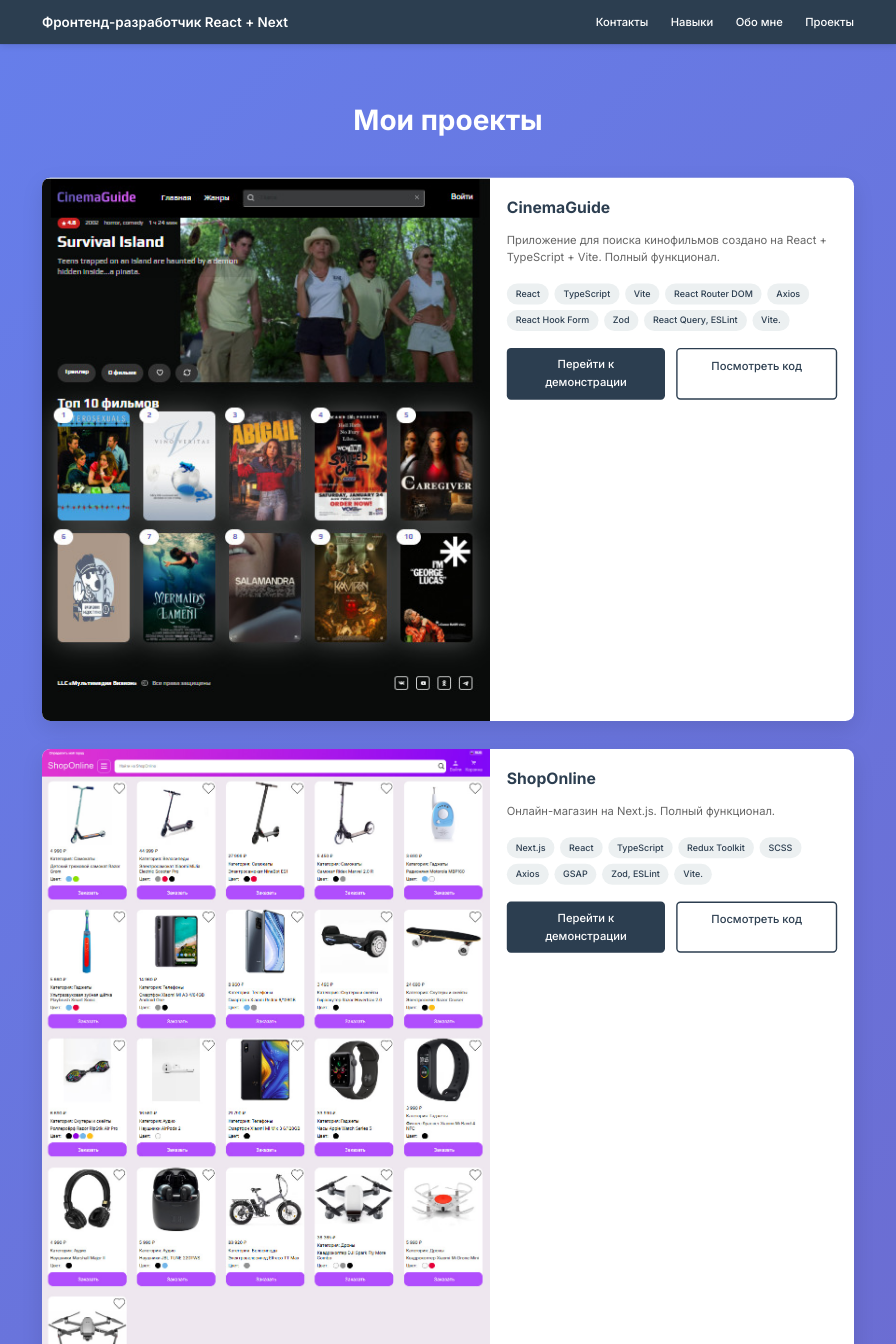
Repository: RostislavZeberg/resume-app
Page: /
The author's editor kept a copy of each file at every save. The page is drawn from the files as they stood at one save, then again after the next save.
The browser window is 1280 px wide. The pictures show the part of the page from y = 0 to 1920 px (the page is 10922 px tall before and 10209 px after), at 70% of full size.
The project was rebuilt for these pictures with package versions that can differ from the ones it lists, and the page was loaded fresh each time. The framework's server and built-in components were replaced by stand-ins that run in the browser. Also part of the build but not shown: next.config.ts.

Above is the page before, as saved 2025-09-21 15:10:40.

### pages/_app.tsx
import type { AppProps } from 'next/app';
import '../styles/globals.scss';
import Head from 'next/head';

function MyApp({ Component, pageProps }: AppProps) {
  return (
    <>
      <Head>
        <meta name="viewport" content="width=device-width, initial-scale=1" />
        <meta name="theme-color" content="#2c3e50" />
        <meta name="description" content="Резюме фронтенд-разработчика React с 5+ годами опыта. Специализация: React, TypeScript, Next.js, Redux Toolkit." />
        <meta name="keywords" content="React, TypeScript, Next.js, фронтенд-разработчик, резюме" />
        <meta property="og:title" content="Фронтенд-разработчик React" />
        <meta property="og:description" content="Резюме фронтенд-разработчика React с 5+ годами опыта" />
        <meta property="og:type" content="website" />
        <link rel="icon" href="/favicon.ico" />
      </Head>
      <Component {...pageProps} />
    </>
  );
}

export default MyApp;

### pages/_document.tsx
import { Html, Head, Main, NextScript } from 'next/document';

export default function Document() {
  return (
    <Html lang="ru">
      <Head>
        <link rel="preconnect" href="https://fonts.googleapis.com" />
        <link rel="preconnect" href="https://fonts.gstatic.com" crossOrigin="anonymous" />
        <link href="https://fonts.googleapis.com/css2?family=Inter:wght@300;400;500;600;700&display=swap" rel="stylesheet" />

        {/* Фавикон */}
        <link rel="icon" href="/favicon.ico" sizes="any" />
        <link rel="icon" href="/favicon.svg" type="image/svg+xml" />
        <link rel="apple-touch-icon" href="/apple-touch-icon.png" />
        <link rel="manifest" href="/manifest.webmanifest" />

        {/* Мета-теги */}
        <meta name="theme-color" content="#2c3e50" />
        <meta name="description" content="Резюме фронтенд-разработчика React с 5+ годами опыта. Специализация: React, TypeScript, Next.js, Redux Toolkit." />
        <meta name="keywords" content="React, TypeScript, Next.js, фронтенд-разработчик, резюме" />
      </Head>
      <body>
        <Main />
        <NextScript />
      </body>
    </Html>
  );
}

### pages/index.tsx
import Head from 'next/head';
import { NextPage } from 'next';
import Contacts from '../components/Sections/Contacts';
import Skills from '../components/Sections/Skills';
import About from '../components/Sections/About';
import Projects from '../components/Sections/Projects';
import Header from '../components/Layout/Header';

const Home: NextPage = () => {
  return (
    <>
      <Head>
        <title>Фронтенд-разработчик React | Резюме</title>
        <meta name="description" content="Резюме фронтенд-разработчика React с 5+ годами опыта. Специализация: React, TypeScript, Next.js, Redux Toolkit." />
        <meta name="keywords" content="React, TypeScript, Next.js, фронтенд-разработчик, резюме" />
        <meta property="og:title" content="Фронтенд-разработчик React" />
        <meta property="og:description" content="Резюме фронтенд-разработчика React с 5+ годами опыта" />
        <meta property="og:type" content="website" />
        <link rel="icon" href="/favicon.ico" />
      </Head>

      <Header />
      <main>
        <Projects />
        <Skills />
        <About />
        <Contacts />
      </main>
    </>
  );
};

export default Home;

### styles/globals.scss
// Переменные и миксины
@import './variables.scss';
@import './mixins';

// Глобальные стили
* {
  box-sizing: border-box;
  margin: 0;
  padding: 0;
}

html {
  scroll-behavior: smooth;
  scroll-padding-top: 60px;
}

body {
  font-family: 'Inter', 'Arial', sans-serif;
  line-height: 1.6;
  color: $text-color;
  background-color: $background-color;
  padding-top: 60px;
}

.container {
  max-width: 1200px;
  margin: 0 auto;
  padding: 0 20px;
}

section {
  padding: 80px 0;

  h2 {
    text-align: center;
    margin-bottom: 50px;
    font-size: 2.5rem;
    color: $primary-color;
  }
}

// Анимации
@keyframes fadeIn {
  from {
    opacity: 0;
    transform: translateY(20px);
  }
  to {
    opacity: 1;
    transform: translateY(0);
  }
}

.fade-in {
  animation: fadeIn 0.6s ease forwards;
}

// Адаптивность
@include desktop {
  .container {
    max-width: 1200px;
  }
}

@include tablet {
  .container {
    max-width: 100%;
    padding: 0 15px;
  }

  section {
    padding: 60px 0;

    h2 {
      font-size: 2rem;
      margin-bottom: 40px;
    }
  }
}

@include mobile {
  .container {
    padding: 0 10px;
  }

  section {
    padding: 40px 0;

    h2 {
      font-size: 1.8rem;
      margin-bottom: 30px;
    }
  }
}

### components/Sections/Contacts.tsx
import React from 'react';
import Icon from '../UI/Icon';
import styles from '../../styles/sections/contacts.module.scss';
import { contacts } from '@/info/contacts';

const Contacts: React.FC = () => {

  return (
    <section id="contacts" className={styles.contacts}>
      <div className="container">
        <h2>Контакты</h2>
        <div className={styles.contactsGrid}>
          {contacts.map((contact, index) => (
            <a
              key={index}
              href={contact.href}
              className={styles.contactItem}
              target="_blank"
              rel="noopener noreferrer"
            >
              <Icon name={contact.icon} className={styles.contactIcon} />
              <span>{contact.text}</span>
            </a>
          ))}
        </div>
      </div>
    </section>
  );
};

export default Contacts;

### components/Sections/Skills.tsx
import React from 'react';
import styles from '../../styles/sections/skills.module.scss';

const Skills: React.FC = () => {
  const skillCategories = [
    {
      title: 'Основные технологии',
      skills: ['React', 'Redux', 'Redux Toolkit', 'TypeScript', 'Next.js', 'Sass/SCSS']
    },
    {
      title: 'Сборка и инструменты',
      skills: ['Vite', 'Webpack', 'Parcel', 'Gulp', 'Git', 'GitHub']
    },
    {
      title: 'Тестирование',
      skills: ['Unit-тестирование', 'Jest', 'React Testing Library']
    },
    {
      title: 'Дополнительные навыки',
      skills: ['HTTP/REST', 'ООП', 'DRY/KISS', 'WordPress', 'Vue.js', 'SQL', 'Python', 'Docker', 'Linux']
    },
    {
      title: 'Языки',
      skills: ['Английский (B1)']
    }
  ];

  return (
    <section id="skills" className={styles.skills}>
      <div className="container">
        <h2>Мои навыки</h2>
        <div className={styles.skillsGrid}>
          {skillCategories.map((category, index) => (
            <div key={index} className={styles.skillCategory}>
              <h3>{category.title}</h3>
              <ul>
                {category.skills.map((skill, i) => (
                  <li key={i}>{skill}</li>
                ))}
              </ul>
            </div>
          ))}
        </div>
      </div>
    </section>
  );
};

export default Skills;

### components/Sections/About.tsx
import React from 'react';
import styles from '../../styles/sections/about.module.scss';

const About: React.FC = () => {
  return (
    <section id="about" className={styles.about}>
      <div className="container">
        <h2>Обо мне</h2>
        <div className={styles.aboutContent}>
          <p>
            Усидчив и внимателен к деталям, сосредоточен на выполнении задач, не отвлекаясь на внешние раздражители.
            Мой скрупулезный подход к архитектуре кода, его чистоте и читабельности сводит к минимуму возникновение ошибок
            при дальнейшей эксплуатации проектов.
          </p>
          <p>
            Коммуникабелен и открыт для общения с коллегами, что позволяет эффективно обсуждать проекты и находить оптимальные решения.
            Дисциплинированность помогает мне выстраивать свою работу по четкому плану, всегда выполнять задачи качественно и в срок,
            а также быть требовательным к себе.
          </p>
          <p>
            Инициативность является важной частью моей работы: я не боюсь доводить до руководства свои идеи и предложения по решению проблем.
            Обучаем и стремлюсь к постоянному развитию, ведь IT-отрасль динамично меняется, и изучение новых направлений и тенденций
            в программировании – это важная часть моего профессионального роста.
          </p>
          <p>
            Есть желание работать и развиваться в сфере разработки приложений, которая является частью моего восприятия мира.
            Я наслаждаюсь процессом создания кода и когда вижу результаты своей деятельности.
          </p>
          <p>
            К своим сильным сторонам отношу навыки работы в команде, стремление находить максимально эффективные и эстетичные решения,
            а также способность самостоятельно искать ресурсы для решения проблем и повышения профессионального уровня.
          </p>
          <p>
            Рассматриваю проектную деятельность и удаленную работу.
          </p>
        </div>
      </div>
    </section>
  );
};

export default About;

### components/Sections/Projects.tsx
import React from 'react';
import ProjectCard from '../UI/ProjectCard';
import styles from '../../styles/sections/projects.module.scss';
import { projects } from '@/info/projects';

const Projects: React.FC = () => {
  return (
    <section id="projects" className={styles.projects}>
      <div className="container">
        <h2>Мои проекты</h2>
        <div className={styles.projectsGrid}>
          {projects.map((project, index) => (
            <ProjectCard key={index} project={project} />
          ))}
        </div>
        <div className={styles.viewAll}>
          <a
            href="https://github.com/RostislavZeberg?tab=repositories"
            className={styles.viewAllButton}
            target="_blank"
            rel="noopener noreferrer"
          >
            Посмотреть все проекты
          </a>
        </div>
      </div>
    </section>
  );
};

export default Projects;

### components/Layout/Header.tsx
import React, { useState } from 'react';
import Link from 'next/link';
import styles from '../../styles/layout/header.module.scss';

const Header: React.FC = () => {
  const [isMenuOpen, setIsMenuOpen] = useState(false);

  const toggleMenu = () => {
    setIsMenuOpen(!isMenuOpen);
  };

  return (
    <header className={styles.header}>
      <div className="container">
        <nav className={styles.nav}>
          <div className={styles.logo}>
            <Link href="/">Фронтенд-разработчик React + Next</Link>
          </div>

          <button
            className={`${styles.menuToggle} ${isMenuOpen ? styles.active : ''}`}
            onClick={toggleMenu}
            aria-label="Меню"
          >
            <span></span>
            <span></span>
            <span></span>
          </button>

          <ul className={`${styles.navList} ${isMenuOpen ? styles.active : ''}`}>
            <li><a href="#contacts" onClick={() => setIsMenuOpen(false)}>Контакты</a></li>
            <li><a href="#skills" onClick={() => setIsMenuOpen(false)}>Навыки</a></li>
            <li><a href="#about" onClick={() => setIsMenuOpen(false)}>Обо мне</a></li>
            <li><a href="#projects" onClick={() => setIsMenuOpen(false)}>Проекты</a></li>
          </ul>
        </nav>
      </div>
    </header>
  );
};

export default Header;

### styles/variables.scss
// Цвета
$primary-color: #2c3e50;
$secondary-color: #3498db;
$accent-color: #e74c3c;
$background-color: #f9f9f9;
$text-color: #333;
$light-gray: #ecf0f1;

// Breakpoints
$desktop: 1280px;
$tablet: 1024px;
$small-tablet: 768px;
$mobile: 320px;

### styles/mixins.scss
@mixin desktop {
  @media (min-width: #{$desktop}) {
    @content;
  }
}

@mixin tablet {
  @media (min-width: #{$small-tablet}) and (max-width: #{$tablet}) {
    @content;
  }
}

@mixin small-tablet {
  @media (min-width: #{$mobile}) and (max-width: #{$small-tablet - 1px}) {
    @content;
  }
}

@mixin mobile {
  @media (max-width: #{$mobile}) {
    @content;
  }
}

@mixin flex-center {
  display: flex;
  justify-content: center;
  align-items: center;
}

@mixin card-shadow {
  box-shadow: 0 4px 6px rgba(0, 0, 0, 0.1);
  transition: box-shadow 0.3s ease;

  &:hover {
    box-shadow: 0 10px 20px rgba(0, 0, 0, 0.15);
  }
}

### components/UI/Icon.tsx
import React from 'react';
import Image from 'next/image';

interface IconProps {
  name: string;
  className?: string;
  width?: number;
  height?: number;
}

const Icon: React.FC<IconProps> = ({ name, className = '', width = 24, height = 24 }) => {
  return (
    <Image
      src={`/icons/${name}.svg`}
      alt={`${name} icon`}
      width={width}
      height={height}
      className={className}
    />
  );
};

export default Icon;

### styles/sections/contacts.module.scss
@import '../variables';
@import '../mixins';

.contacts {
  background: linear-gradient(135deg, #f5f7fa 0%, #c3cfe2 100%);
  padding: 100px 0;
}

.contactsGrid {
  display: grid;
  grid-template-columns: repeat(auto-fit, minmax(250px, 1fr));
  gap: 2rem;
  margin-top: 3rem;
}

.contactItem {
  display: flex;
  flex-direction: column;
  align-items: center;
  justify-content: center;
  background: white;
  padding: 2rem;
  border-radius: 12px;
  box-shadow: 0 10px 30px rgba(0, 0, 0, 0.1);
  transition: all 0.3s ease;
  text-decoration: none;
  color: $text-color;

  &:hover {
    transform: translateY(-5px);
    box-shadow: 0 15px 40px rgba(0, 0, 0, 0.15);

    .contactIcon {
      transform: scale(1.1);
    }
  }
}

.contactIcon {
  width: 60px;
  height: 60px;
  margin-bottom: 1rem;
  transition: transform 0.3s ease;
}

// Адаптивность
@include tablet {
  .contactsGrid {
    grid-template-columns: repeat(2, 1fr);
    gap: 1.5rem;
  }
}

@include small-tablet {
  .contactsGrid {
    grid-template-columns: 1fr;
    gap: 1rem;
  }

  .contactItem {
    padding: 1.5rem;
  }
}

@include mobile {
  .contacts {
    padding: 80px 0;
  }

  .contactIcon {
    width: 50px;
    height: 50px;
  }
}

### info/contacts.ts
export const contacts = [
  { icon: 'email', text: 'zeberg@bk.ru', href: 'mailto:zeberg@bk.ru' },
  { icon: 'phone', text: '+7(960)-552-4171', href: 'tel:+79605524171' },
  { icon: 'telegram', text: '@zeberg_jaguar', href: 'https://t.me/zeberg_jaguar' },
  { icon: 'github', text: 'GitHub', href: 'https://github.com/RostislavZeberg?tab=repositories' }
];

### styles/sections/skills.module.scss
@import '../variables';
@import '../mixins';

.skills {
  background-color: white;
}

.skillsGrid {
  display: grid;
  grid-template-columns: repeat(auto-fit, minmax(300px, 1fr));
  gap: 2rem;
}

.skillCategory {
  background: $light-gray;
  padding: 2rem;
  border-radius: 12px;
  box-shadow: 0 5px 15px rgba(0, 0, 0, 0.05);

  h3 {
    color: $primary-color;
    margin-bottom: 1.5rem;
    font-size: 1.3rem;
    position: relative;
    padding-bottom: 0.5rem;

    &::after {
      content: '';
      position: absolute;
      bottom: 0;
      left: 0;
      width: 40px;
      height: 3px;
      background: $secondary-color;
    }
  }

  ul {
    list-style: none;
  }

  li {
    margin-bottom: 0.8rem;
    padding-left: 1.5rem;
    position: relative;

    &::before {
      content: '▹';
      position: absolute;
      left: 0;
      color: $secondary-color;
    }
  }
}

// Адаптивность
@include tablet {
  .skillsGrid {
    grid-template-columns: repeat(2, 1fr);
    gap: 1.5rem;
  }
}

@include small-tablet {
  .skillsGrid {
    grid-template-columns: 1fr;
    gap: 1rem;
  }

  .skillCategory {
    padding: 1.5rem;
  }
}

@include mobile {
  .skillCategory {
    padding: 1.2rem;

    h3 {
      font-size: 1.2rem;
    }
  }
}

### styles/sections/about.module.scss
@import '../variables';
@import '../mixins';

.about {
  background-color: $light-gray;
}

.aboutContent {
  max-width: 800px;
  margin: 0 auto;

  p {
    margin-bottom: 1.5rem;
    line-height: 1.8;
    text-align: justify;
  }
}

// Адаптивность
@include tablet {
  .aboutContent {
    padding: 0 1rem;
  }
}

@include mobile {
  .aboutContent p {
    text-align: left;
  }
}

### components/UI/ProjectCard.tsx
import React from 'react';
import Image from 'next/image';
import styles from '../../styles/ui/project-card.module.scss';

interface Project {
  name: string;
  description: string;
  demoLink: string;
  codeLink: string;
  technologies: string[];
}

interface ProjectCardProps {
  project: Project;
}

const ProjectCard: React.FC<ProjectCardProps> = ({ project }) => {
  return (
    <div className={styles.projectCard}>
      {/* <div className={styles.projectImage}>
        <a href={project.demoLink} target="_blank" rel="noopener noreferrer">
        </a>
      </div> */}
      <Image
        src={`/${project.name.toLowerCase()}.jpg`}
        alt={project.name}
        className={styles.projectImage}
        width={400}
        height={250}
        style={{
          width: '100%',
          height: 'auto',
        }}
        placeholder="blur"
        blurDataURL="data:[embedded picture, 471 characters]"
      />
      <div className={styles.projectContent}>
        <h3>{project.name}</h3>
        <p>{project.description}</p>
        <div className={styles.technologies}>
          {project.technologies.map((tech, index) => (
            <span key={index} className={styles.techTag}>{tech}</span>
          ))}
        </div>
        <div className={styles.projectActions}>
          <a
            href={project.demoLink}
            className={styles.demoButton}
            target="_blank"
            rel="noopener noreferrer"
          >
            Перейти к демонстрации
          </a>
          <a
            href={project.codeLink}
            className={styles.codeButton}
            target="_blank"
            rel="noopener noreferrer"
          >
            Посмотреть код
          </a>
        </div>
      </div>
    </div>
  );
};

export default ProjectCard;

### styles/sections/projects.module.scss
@import '../variables';
@import '../mixins';

.projects {
  background: linear-gradient(135deg, #667eea 0%, #764ba2 100%);
  color: white;

  h2 {
    color: white;
  }
}

.projectsGrid {
  display: flex;
  flex-direction: column;
  // display: grid;
  // grid-template-columns: repeat(auto-fit, minmax(350px, 1fr));
  gap: 2.5rem;
  // margin-bottom: 3rem;
}

.viewAll {
  text-align: center;
  margin-top: 3rem;
}

.viewAllButton {
  display: inline-block;
  padding: 1rem 2rem;
  background: white;
  color: $primary-color;
  text-decoration: none;
  border-radius: 30px;
  font-weight: 600;
  transition: all 0.3s ease;
  box-shadow: 0 5px 15px rgba(0, 0, 0, 0.1);

  &:hover {
    transform: translateY(-3px);
    box-shadow: 0 10px 25px rgba(0, 0, 0, 0.2);
    background: $accent-color;
    color: white;
  }
}

// Адаптивность
@include tablet {
  .projectsGrid {
    grid-template-columns: repeat(2, 1fr);
    gap: 2rem;
  }
}

@include small-tablet {
  .projectsGrid {
    grid-template-columns: 1fr;
    gap: 1.5rem;
  }
}

@include mobile {
  .projectsGrid {
    grid-template-columns: 1fr;
    gap: 1.5rem;
  }

  .viewAllButton {
    padding: 0.8rem 1.5rem;
    font-size: 0.9rem;
  }
}

### styles/layout/header.module.scss
@import '../variables';
@import '../mixins';

.header {
  background-color: $primary-color;
  color: white;
  position: fixed;
  top: 0;
  left: 0;
  right: 0;
  z-index: 1000;
  box-shadow: 0 2px 10px rgba(0, 0, 0, 0.1);
}

.nav {
  display: flex;
  justify-content: space-between;
  align-items: center;
  padding: 1rem 0;
}

.logo {
  a {
    color: white;
    text-decoration: none;
    font-weight: 600;
    font-size: 1.2rem;

    &:hover {
      color: $accent-color;
    }
  }
}

.navList {
  display: flex;
  list-style: none;
  gap: 2rem;

  a {
    color: white;
    text-decoration: none;
    font-weight: 500;
    transition: color 0.3s ease;

    &:hover {
      color: $accent-color;
    }
  }
}

.menuToggle {
  display: none;
  flex-direction: column;
  justify-content: space-around;
  width: 2rem;
  height: 2rem;
  background: transparent;
  border: none;
  cursor: pointer;
  padding: 0;

  span {
    width: 2rem;
    height: 0.25rem;
    background: white;
    border-radius: 10px;
    transition: all 0.3s linear;
    position: relative;
    transform-origin: 1px;
  }
}

// Адаптивность
@include tablet {
  .navList {
    gap: 1.5rem;
  }
}

@include small-tablet {
  .menuToggle {
    display: flex;
    z-index: 1001;
  }

  .navList {
    position: fixed;
    top: 0;
    right: 0;
    height: 100vh;
    width: 70%;
    background: $primary-color;
    flex-direction: column;
    justify-content: center;
    align-items: center;
    transform: translateX(100%);
    transition: transform 0.3s ease-in-out;

    &.active {
      transform: translateX(0);
    }
  }

  .menuToggle.active {
    span:nth-child(1) {
      transform: rotate(45deg);
    }

    span:nth-child(2) {
      opacity: 0;
    }

    span:nth-child(3) {
      transform: rotate(-45deg);
    }
  }
}

@include mobile {
  .logo a {
    font-size: 1rem;
  }
}

### styles/ui/project-card.module.scss
@import '../variables';
@import '../mixins';

.projectCard {
  display: flex;
  background: white;
  border-radius: 12px;
  overflow: hidden;
  box-shadow: 0 10px 30px rgba(0, 0, 0, 0.1);
  transition: all 0.3s ease;
  color: $text-color;

  &:hover {
    transform: translateY(-5px);
    box-shadow: 0 15px 40px rgba(0, 0, 0, 0.2);
  }
}

// .projectImage {
//   position: relative;
//   overflow: hidden;
//   height: 200px;

//   // Стили для Next.js Image компонента
//   > div {
//     position: relative !important;
//   }

//   img {
//     transition: transform 0.5s ease;
//   }

//   &:hover img {
//     transform: scale(1.05);
//   }
// }

.projectImage {
  width: auto;
  max-width: 640px;
  height: auto;
}

.projectContent {
  padding: 1.5rem;

  h3 {
    color: $primary-color;
    margin-bottom: 1rem;
    font-size: 1.4rem;
  }

  p {
    margin-bottom: 1.5rem;
    line-height: 1.6;
    color: lighten($text-color, 20%);
  }
}

.technologies {
  display: flex;
  flex-wrap: wrap;
  gap: 0.5rem;
  margin-bottom: 1.5rem;
}

.techTag {
  background: $light-gray;
  color: $primary-color;
  padding: 0.3rem 0.8rem;
  border-radius: 20px;
  font-size: 0.8rem;
  font-weight: 500;
}

.projectActions {
  display: flex;
  gap: 1rem;

  a {
    flex: 1;
    text-align: center;
    padding: 0.7rem 1rem;
    border-radius: 6px;
    text-decoration: none;
    font-weight: 500;
    transition: all 0.3s ease;

    &.demoButton {
      background: $primary-color;
      color: white;

      &:hover {
        background: darken($primary-color, 10%);
      }
    }

    &.codeButton {
      background: transparent;
      color: $primary-color;
      border: 2px solid $primary-color;

      &:hover {
        background: $primary-color;
        color: white;
      }
    }
  }
}

// Адаптивность
@include tablet {
  .projectContent {
    padding: 1.2rem;
  }

  .projectActions {
    flex-direction: column;
    gap: 0.7rem;
  }
}

@include mobile {
  .projectImage {
    height: 180px;
  }

  .projectContent {
    padding: 1rem;

    h3 {
      font-size: 1.2rem;
    }
  }

  .technologies {
    gap: 0.3rem;
  }

  .techTag {
    font-size: 0.7rem;
    padding: 0.2rem 0.6rem;
  }
}

Loaded but not shown: info/projects.ts (66 lines, source omitted)

After the next save:
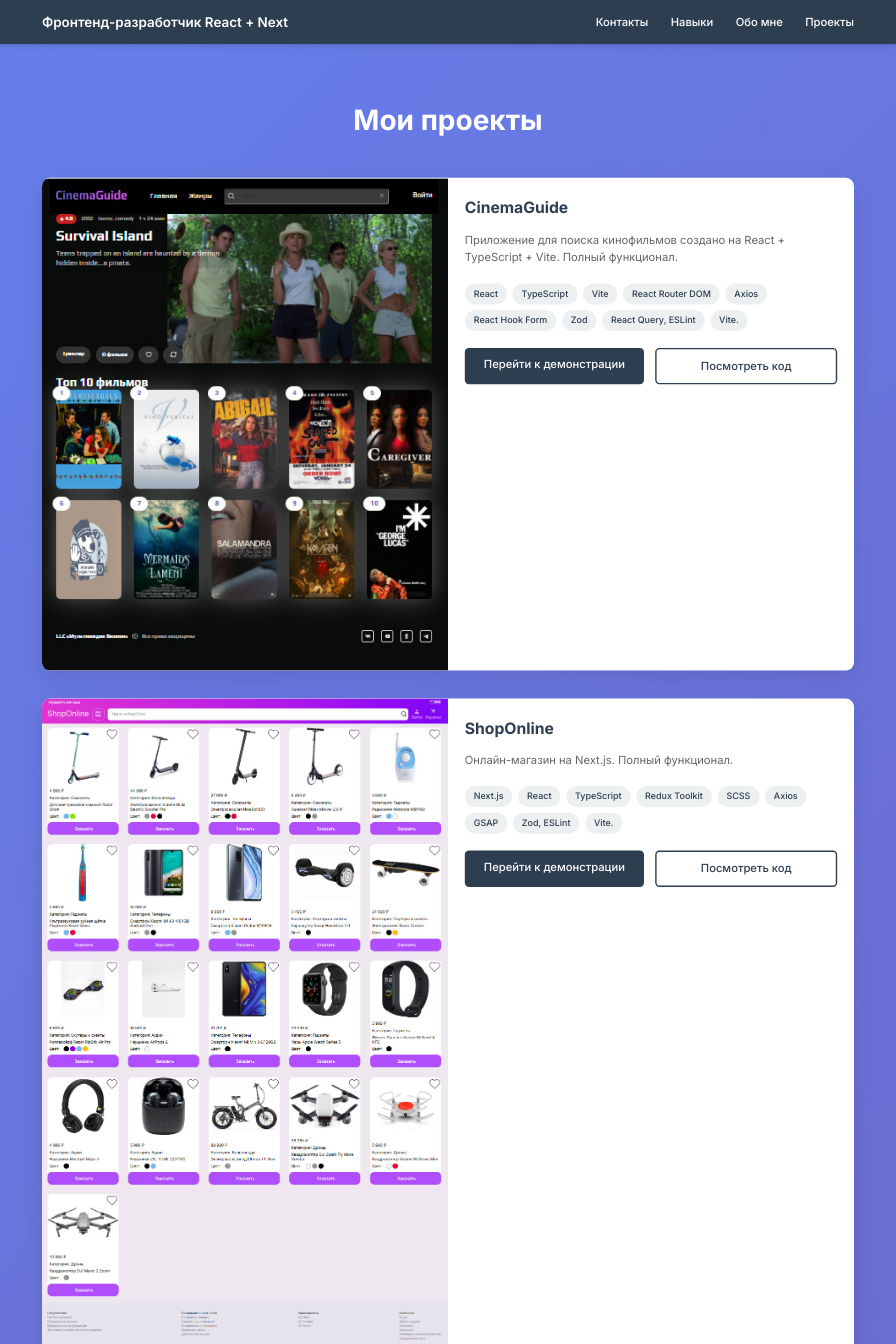
Saved 63 s later.
--- a/styles/ui/project-card.module.scss
+++ b/styles/ui/project-card.module.scss
@@ -37,7 +37,7 @@
 
 .projectImage {
   width: auto;
-  max-width: 640px;
+  max-width: 580px;
   height: auto;
 }
 
